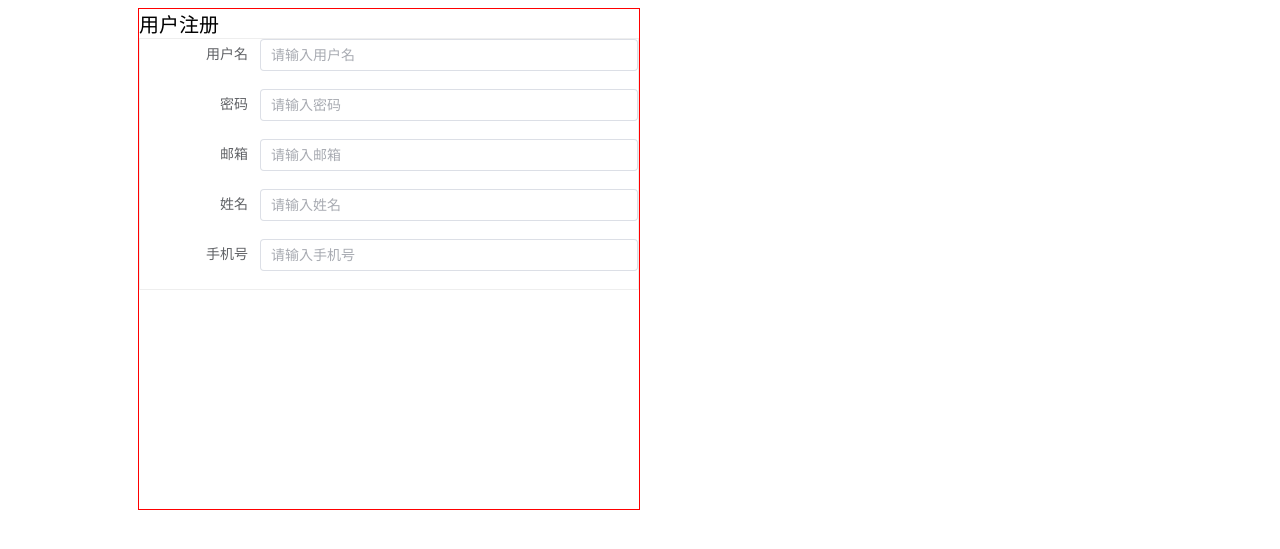
Repository: Mickey1216/yzkj_login_demo
Page: /register
These files come from the project's save history. The page is drawn as it stood at one moment and after the next save; the edit follows.
The browser window is 1280 px wide. The pictures show the whole page.
The project was rebuilt for these pictures with package versions that can differ from the ones it lists, and the page was loaded fresh each time. Also part of the build but not shown: vite.config.js, src/views/Login.vue.

Above is the page before, as saved 2023-07-04 14:52:44.

### src/main.js
import './assets/main.css'
import { createApp } from 'vue'
import App from './App.vue'
import router from './router'
import ElementPlus from 'element-plus'
import 'element-plus/dist/index.css'

const app = createApp(App)
app.use(router)
app.use(ElementPlus)
app.mount('#app')

### src/assets/main.css
#app {
  max-width: 1280px;
  margin: 0 auto;
  padding: 2rem;

  font-weight: normal;
}

a,
.green {
  text-decoration: none;
  color: hsla(160, 100%, 37%, 1);
  transition: 0.4s;
}

@media (hover: hover) {
  a:hover {
    background-color: hsla(160, 100%, 37%, 0.2);
  }
}

@media (min-width: 1024px) {
  body {
    display: flex;
    place-items: center;
  }

  #app {
    display: grid;
    grid-template-columns: 1fr 1fr;
    padding: 0 2rem;
  }
}

### src/App.vue
<template>
  <div class="ct">
    <routerView/>
  </div>
</template>

<script setup>

</script>

<style scoped>

</style>

### src/router/index.js
import { createRouter, createWebHistory } from 'vue-router'
import RegisterView from '../views/Register.vue'
import LoginView from '../views/Login.vue'

const router = createRouter({
  history: createWebHistory(import.meta.env.BASE_URL),
  routes: [
    {
      path: '/register',
      name: 'home',
      component: RegisterView
    },
    {
      path: '/login',
      name: 'login',
      component: LoginView
    }
  ]
})

export default router

### src/views/Register.vue
<template>
  <div class="register">
    <div class="title">用户注册</div>
    <el-form :model="form" label-width="120px" style="border:1px solid #eee;">
    <el-form-item label="用户名">
      <el-input placeholder="请输入用户名" v-model="form.name"/>
    </el-form-item>
    <el-form-item label="密码">
      <el-input placeholder="请输入密码" v-model="form.password"/>
    </el-form-item>
    <el-form-item label="邮箱">
      <el-input placeholder="请输入邮箱" v-model="form.email"/>
    </el-form-item>
    <el-form-item label="姓名">
      <el-input placeholder="请输入姓名" v-model="form.name"/>
    </el-form-item>
    <el-form-item label="手机号">
      <el-input placeholder="请输入手机号" v-model="form.phone"/>
    </el-form-item>
  </el-form>
  </div>
</template>

<script setup>
import { reactive } from 'vue'

const form = reactive({
  name: '',
  password: '',
  email: '',
  name: '',
  phone: '',

})
</script>

<style scoped>
.register{
  width: 500px;
  height: 500px;
  border: 1px solid red;
}
.title{
  font-size: 20px;
  color: ;
}
</style>

Loaded but not shown: index.html (common file)

After the next save:
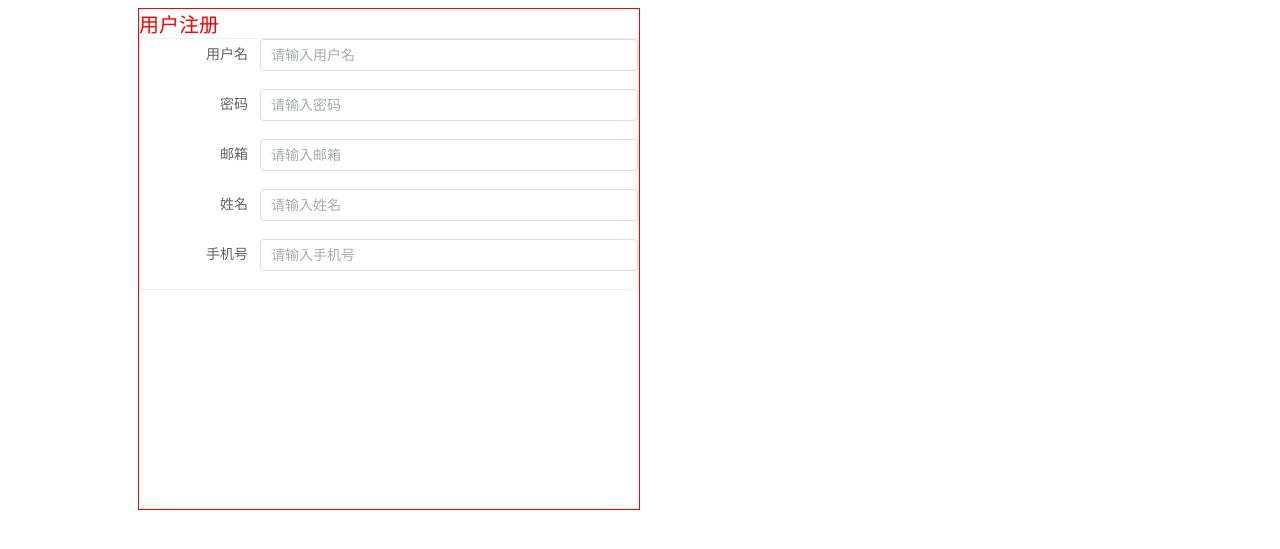
Saved 6 s later.
--- a/src/views/Register.vue
+++ b/src/views/Register.vue
@@ -42,6 +42,6 @@ const form = reactive({
 }
 .title{
   font-size: 20px;
-  color: ;
+  color: red;
 }
 </style>
